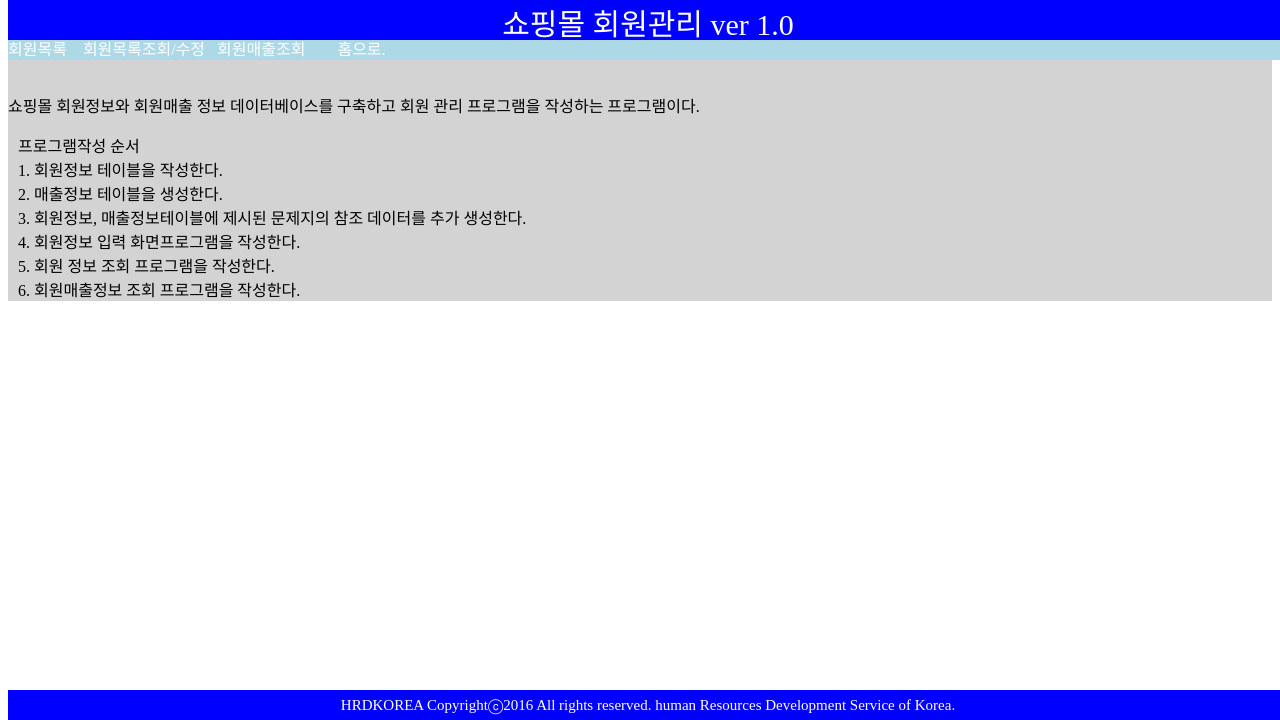
Repository: RnfElwl/youtube_infoT
Page: http://localhost/HRD_30812/
An editor plug-in stored every save of this project. The page is shown before and after the next save, followed by the edit.
The browser window is 1280 px wide. The pictures show the whole page.
The page is served by Tomcat 9.

Above is the page before, as saved 2022-03-10 14:22:55.

After the next save:
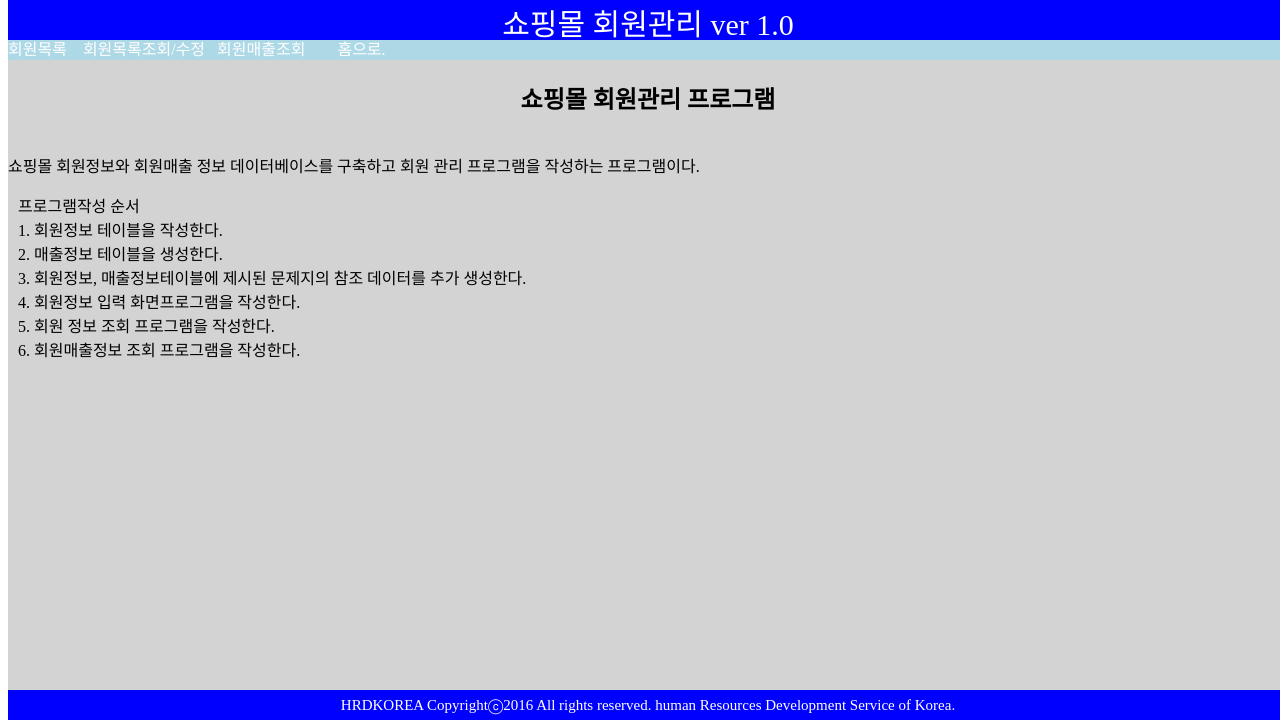
Saved 40 s later.
--- a/HRD_30812/src/main/webapp/index.jsp
+++ b/HRD_30812/src/main/webapp/index.jsp
@@ -12,7 +12,7 @@
 	<nav style="position:fixed; top:40px; width:100%; height:20px;
 	background-color:lightblue; color:white; line-height:20px ">회원목록 &nbsp;&nbsp; 회원목록조회/수정 &nbsp;&nbsp;회원매출조회 &nbsp; &nbsp; &nbsp; &nbsp;홈으로.</nav>
 
-	<section style="position:fixed:top; top:60px; width:100%; height:100%; background-color:lightgray ">
+	<section style="position:fixed; top; top:60px; width:100%; height:100%; background-color:lightgray ">
 	 <h2 style="text-align:center">쇼핑몰 회원관리 프로그램</h2><br>
 	 쇼핑몰 회원정보와 회원매출 정보 데이터베이스를 구축하고 회원 관리 프로그램을 작성하는 프로그램이다.<br>
 	 <p style="padding-left: 10px">
